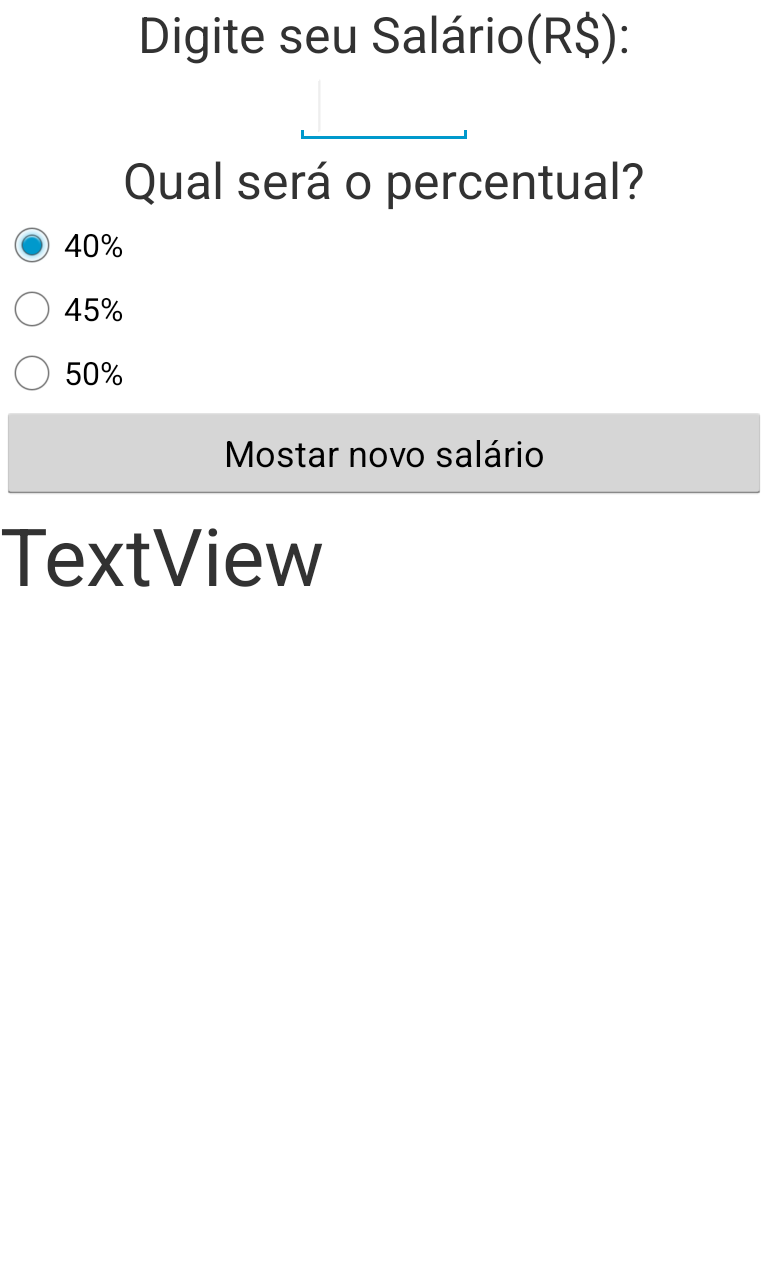
Repository: Rennanxp2/Android_Exercices_done
Layout: Exercícios Android 2/Ex3/res/layout/activity_salario.xml
The author's editor kept a copy of each file at every save. The layout is drawn from the files as they stood at one save, then again after the next save.
It is drawn on a 768 x 1280 px phone screen (xhdpi) without system bars, with theme AppTheme; the app's code is not run.

Above is the layout before, as saved 2017-09-26 13:47:20.

### Exercícios Android 2/Ex3/res/layout/activity_salario.xml
<LinearLayout xmlns:android="http://schemas.android.com/apk/res/android"
    xmlns:tools="http://schemas.android.com/tools"
    android:id="@+id/LinearLayout1"
    android:layout_width="match_parent"
    android:layout_height="match_parent"
    android:orientation="vertical"
    tools:context="${relativePackage}.${activityClass}" >

    <LinearLayout
        android:layout_width="match_parent"
        android:layout_height="wrap_content"
        android:gravity="center" >

        <TextView
            android:id="@+id/textView1"
            android:layout_width="wrap_content"
            android:layout_height="wrap_content"
            android:layout_gravity="center"
            android:text="Digite seu Salário(R$):"
            android:textSize="25dp" />
    </LinearLayout>

    <LinearLayout
        android:layout_width="match_parent"
        android:layout_height="wrap_content"
        android:gravity="center" >

        <EditText
            android:id="@+id/editText1"
            android:layout_width="90dp"
            android:layout_height="wrap_content"
            android:ems="10" >

            <requestFocus />
        </EditText>
    </LinearLayout>

    <LinearLayout
        android:layout_width="match_parent"
        android:layout_height="wrap_content"
        android:gravity="center" >

        <TextView
            android:id="@+id/textView2"
            android:layout_width="wrap_content"
            android:layout_height="wrap_content"
            android:layout_gravity="center"
            android:text="Qual será o percentual?"
            android:textSize="25dp" />
    </LinearLayout>

    <RadioGroup
        android:id="@+id/radioGroup1"
        android:layout_width="wrap_content"
        android:layout_height="wrap_content" >

        <RadioButton
            android:id="@+id/radio0"
            android:layout_width="wrap_content"
            android:layout_height="wrap_content"
            android:checked="true"
            android:text="40%" />

        <RadioButton
            android:id="@+id/radio1"
            android:layout_width="wrap_content"
            android:layout_height="wrap_content"
            android:text="45%" />

        <RadioButton
            android:id="@+id/radio2"
            android:layout_width="wrap_content"
            android:layout_height="wrap_content"
            android:text="50%" />
    </RadioGroup>

    <Button
        android:id="@+id/button1"
        android:layout_width="match_parent"
        android:layout_height="wrap_content"
        android:text="Mostar novo salário" />

    <TextView
        android:id="@+id/textView3"
        android:layout_width="match_parent"
        android:layout_height="wrap_content"
        android:layout_gravity="center"
        android:textSize="40dp"
        android:text="TextView" />

</LinearLayout>

Loaded but not shown: Exercícios Android 2/Ex3/res/values/styles.xml (common file); Exercícios Android 2/Ex3/res/values-v11/styles.xml (common file); Exercícios Android 2/Ex3/res/values-v14/styles.xml (common file)

After the next save:
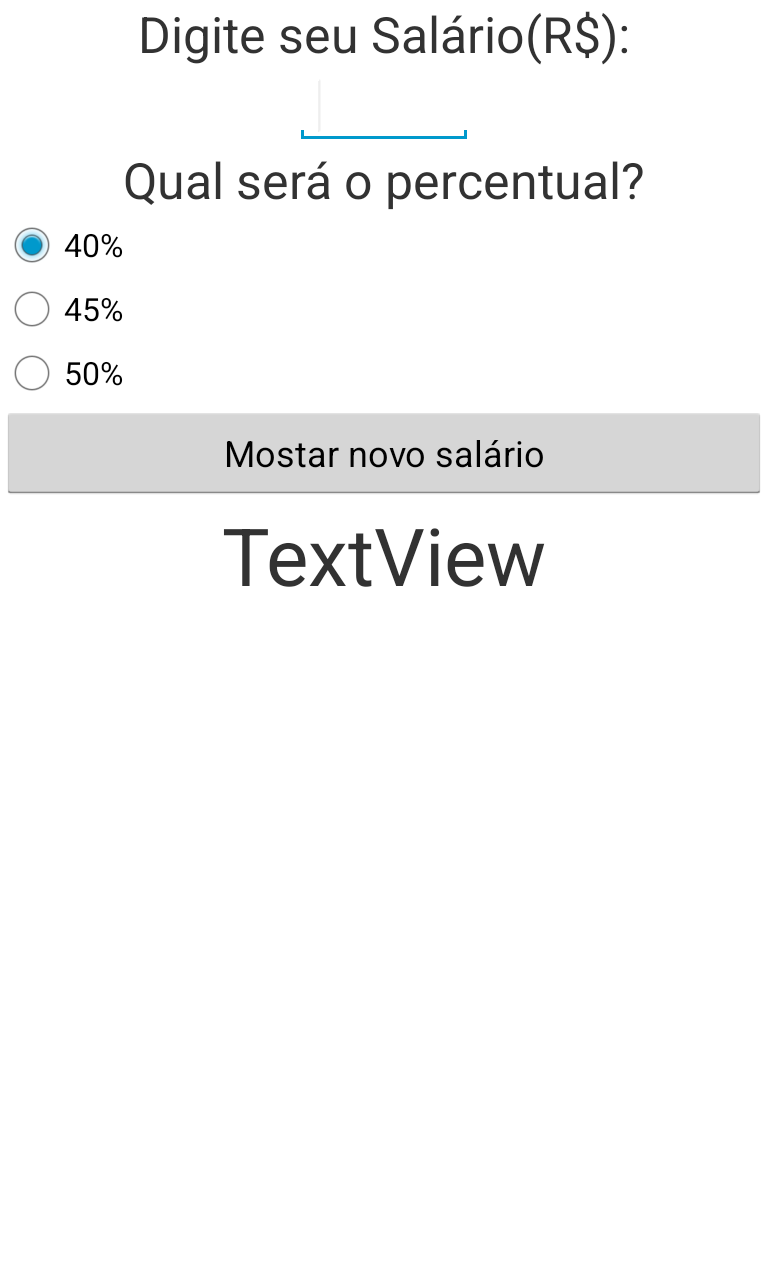
Saved 11 s later.
--- a/Exercícios Android 2/Ex3/res/layout/activity_salario.xml
+++ b/Exercícios Android 2/Ex3/res/layout/activity_salario.xml
@@ -84,7 +84,7 @@
         android:id="@+id/textView3"
         android:layout_width="match_parent"
         android:layout_height="wrap_content"
-        android:layout_gravity="center"
+        android:gravity="center"
         android:textSize="40dp"
         android:text="TextView" />
 
